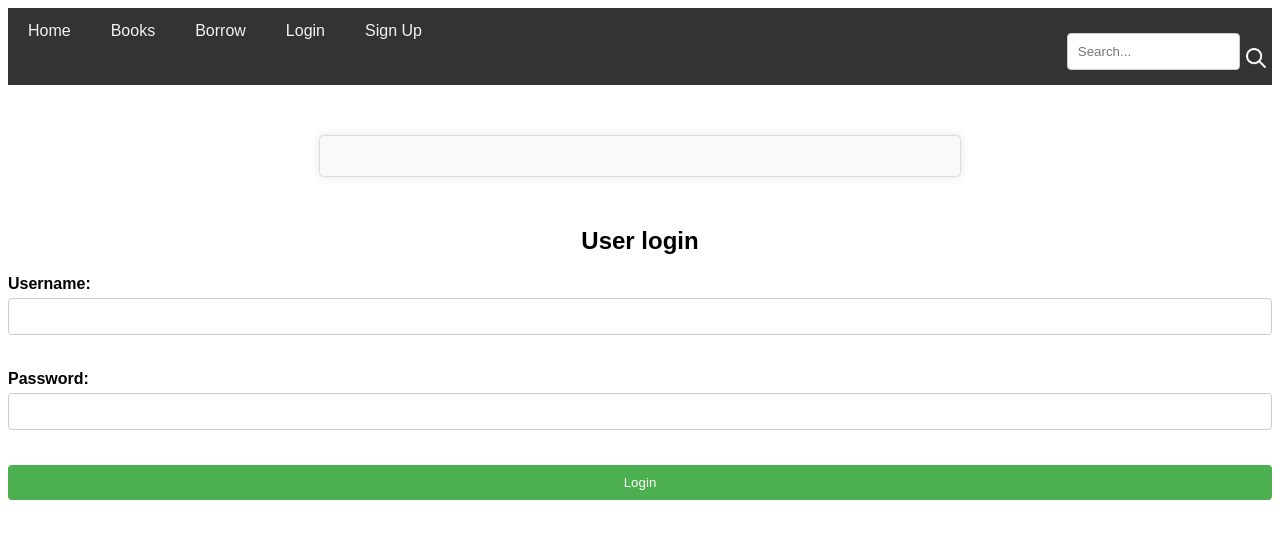
Repository: fadyesk12/Web-Technology-Course-Project
Page: auth/login.html
An editor plug-in stored every save of this project. The page is shown before and after the next save, followed by the edit.
The browser window is 1280 px wide. The pictures show the whole page.

Above is the page before, as saved 2024-04-19 02:49:05.

After the next save:
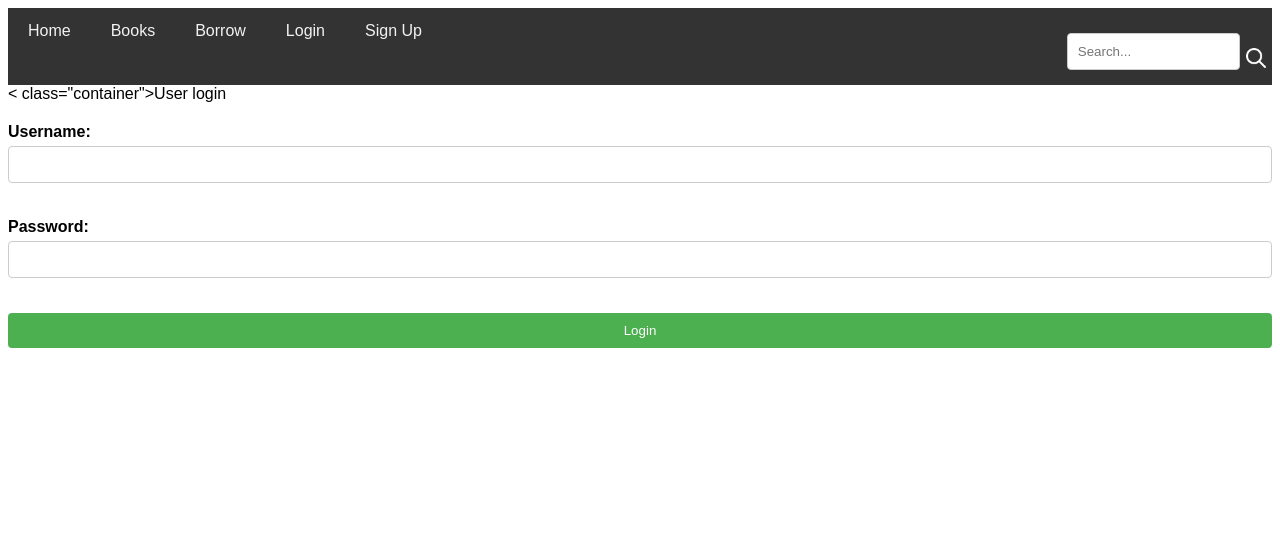
Saved 5 s later.
--- a/auth/login.html
+++ b/auth/login.html
@@ -21,7 +21,7 @@
             </div>
           </div>
 
-          <div class="container"></div>
+          < class="container"></
             <h2>User login</h2>
 
           <form>
